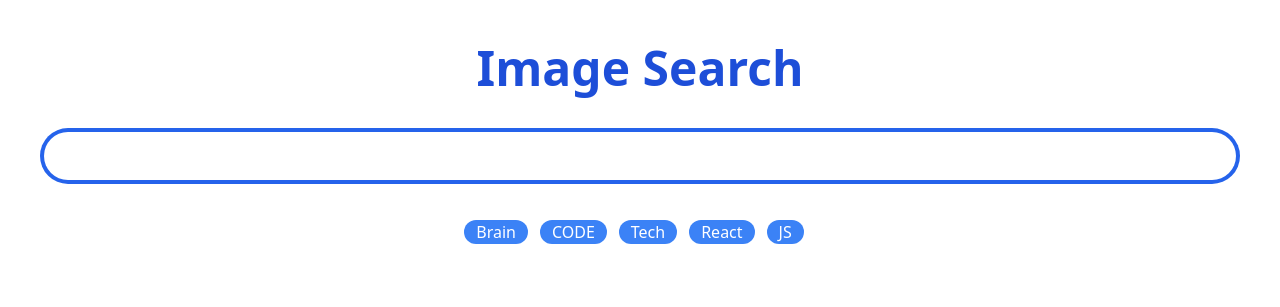
Repository: rkrukshan/react-image-gallery
Page: /
An editor plug-in stored every save of this project. The page is shown before and after a run of saves, followed by the edit.
The browser window is 1280 px wide. The pictures show the whole page.
The project was rebuilt for these pictures with package versions that can differ from the ones it lists, and the page was loaded fresh each time. Also part of the build but not shown: vite.config.js.

Above is the page before, as saved 2025-01-07 12:56:25.

### src/App.jsx
import Gallery from "./assets/components/Gallery";

export default function App() {
  return (
    <div className="container mx-auto p-11">

    <Gallery/>

    </div>
  )
}

### src/assets/components/Gallery.jsx
export default function Gallery() {
  return (
    <div className="">
      <h1 className="font-bold text-5xl text-blue-700 text-center">
        Image Search
      </h1>
      <div className="mt-10">
        <input
          type="search"
          className="w-full rounded-full ring-4 ring-blue-600 p-3"
        />
      </div>
      <div className="flex justify-center mt-10">
        <button className="bg-blue-500 text-white px-3 mr-3 rounded-xl">Brain</button>
        <button className="bg-blue-500 text-white px-3 mr-3 rounded-xl">CODE</button>
        <button className="bg-blue-500 text-white px-3 mr-3 rounded-xl"> Tech</button>
        <button className="bg-blue-500 text-white px-3 mr-3 rounded-xl">React</button>
        <button className="bg-blue-500 text-white px-3 mr-3 rounded-xl">JS</button>
      </div>
    </div>
  );
}

Loaded but not shown: index.html (common file); src/main.jsx (common file); src/index.css (common file); tailwind.config.js (common file)

After the next 4 saves:
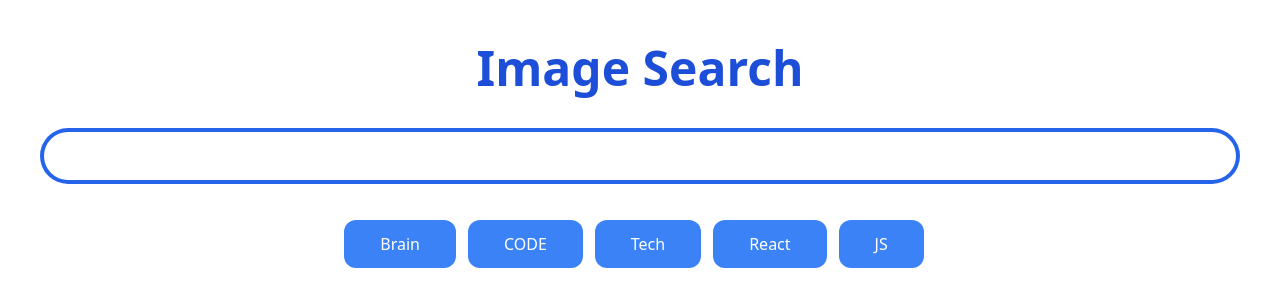
The 4 saves are shown as one change because they came seconds apart.
The last was saved 11 s later.
--- a/src/assets/components/Gallery.jsx
+++ b/src/assets/components/Gallery.jsx
@@ -11,11 +11,11 @@ export default function Gallery() {
         />
       </div>
       <div className="flex justify-center mt-10">
-        <button className="bg-blue-500 text-white px-3 mr-3 rounded-xl">Brain</button>
-        <button className="bg-blue-500 text-white px-3 mr-3 rounded-xl">CODE</button>
-        <button className="bg-blue-500 text-white px-3 mr-3 rounded-xl"> Tech</button>
-        <button className="bg-blue-500 text-white px-3 mr-3 rounded-xl">React</button>
-        <button className="bg-blue-500 text-white px-3 mr-3 rounded-xl">JS</button>
+        <button className="bg-blue-500 text-white px-9 py-3 mr-3 rounded-xl">Brain</button>
+        <button className="bg-blue-500 text-white px-9 py-3 mr-3 rounded-xl">CODE</button>
+        <button className="bg-blue-500 text-white px-9 py-3 mr-3 rounded-xl"> Tech</button>
+        <button className="bg-blue-500 text-white px-9 py-3 mr-3 rounded-xl">React</button>
+        <button className="bg-blue-500 text-white px-9 py-3 mr-3 rounded-xl">JS</button>
       </div>
     </div>
   );
